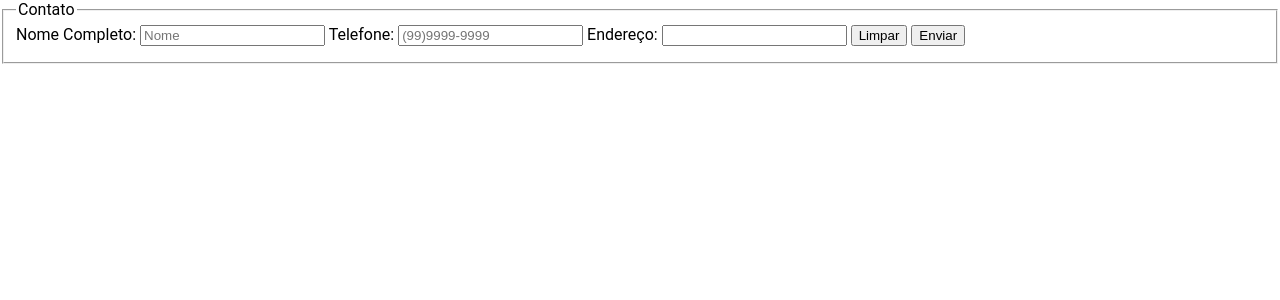
Repository: PedroViniciusVeiga/ProjetoColdigo
Page: exemploServlet/WebContent/contato.html
The author's editor kept a copy of each file at every save. The page is drawn from the files as they stood at one save, then again after the next save.
The browser window is 1280 px wide. The pictures show the whole page.

Above is the page before, as saved 2021-04-07 01:58:40.

After the next save:
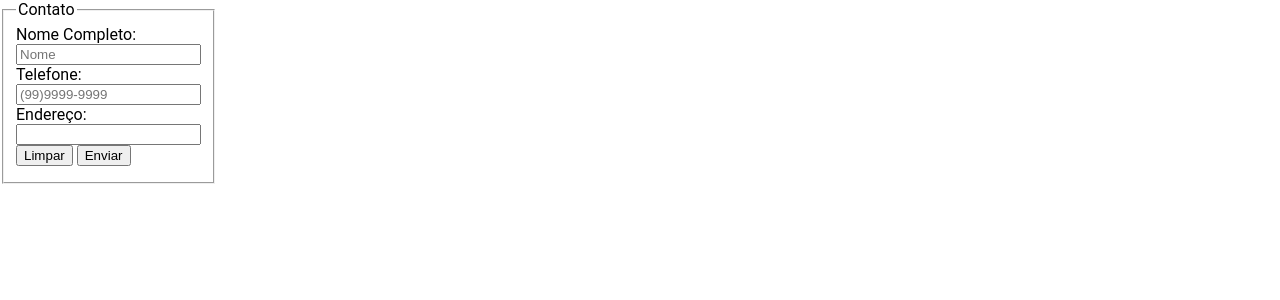
Saved 2 min 0 s later.
--- a/exemploServlet/WebContent/css/siteContato.css
+++ b/exemploServlet/WebContent/css/siteContato.css
@@ -9,6 +9,6 @@ body {
 
 .blocoForm{
 	float:left;
-	width: 100%;
-	height: 100%;
+	width: 100px;
+	height: 400px;
 }
